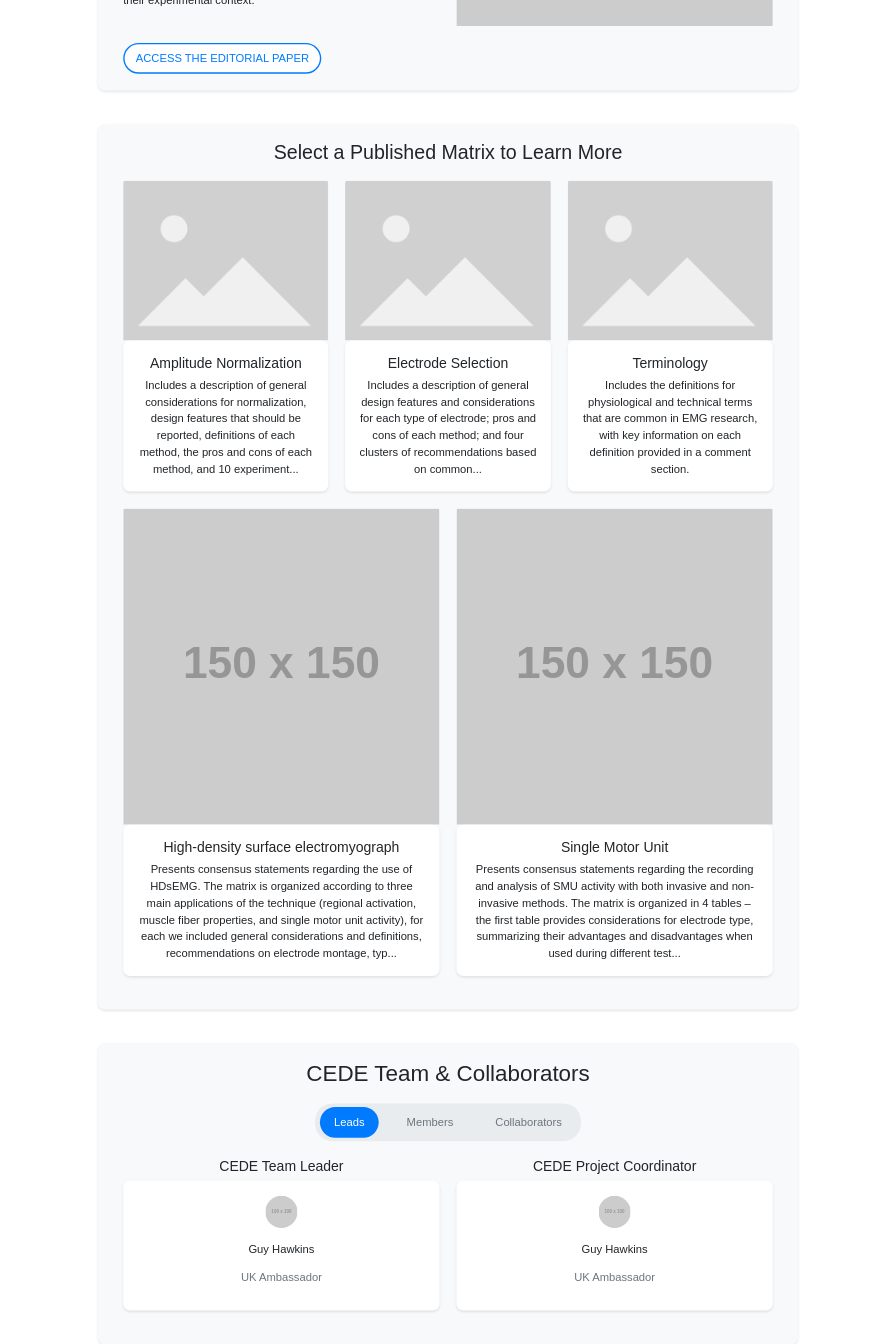
Repository: devashrisamani/CEDE-Website
Page: website/index.html
These files come from the project's save history. The page is drawn as it stood at one moment and after the next save; the edit follows.
The browser window is 1280 px wide. The pictures show the part of the page from y = 1136 to 3056 px (the page is 3056 px tall before and 2927 px after), at 70% of full size.

Above is the page before, as saved 2024-06-25 19:34:03.
Console error: TypeError: Cannot read properties of null (reading 'addEventListener')

After the next save:
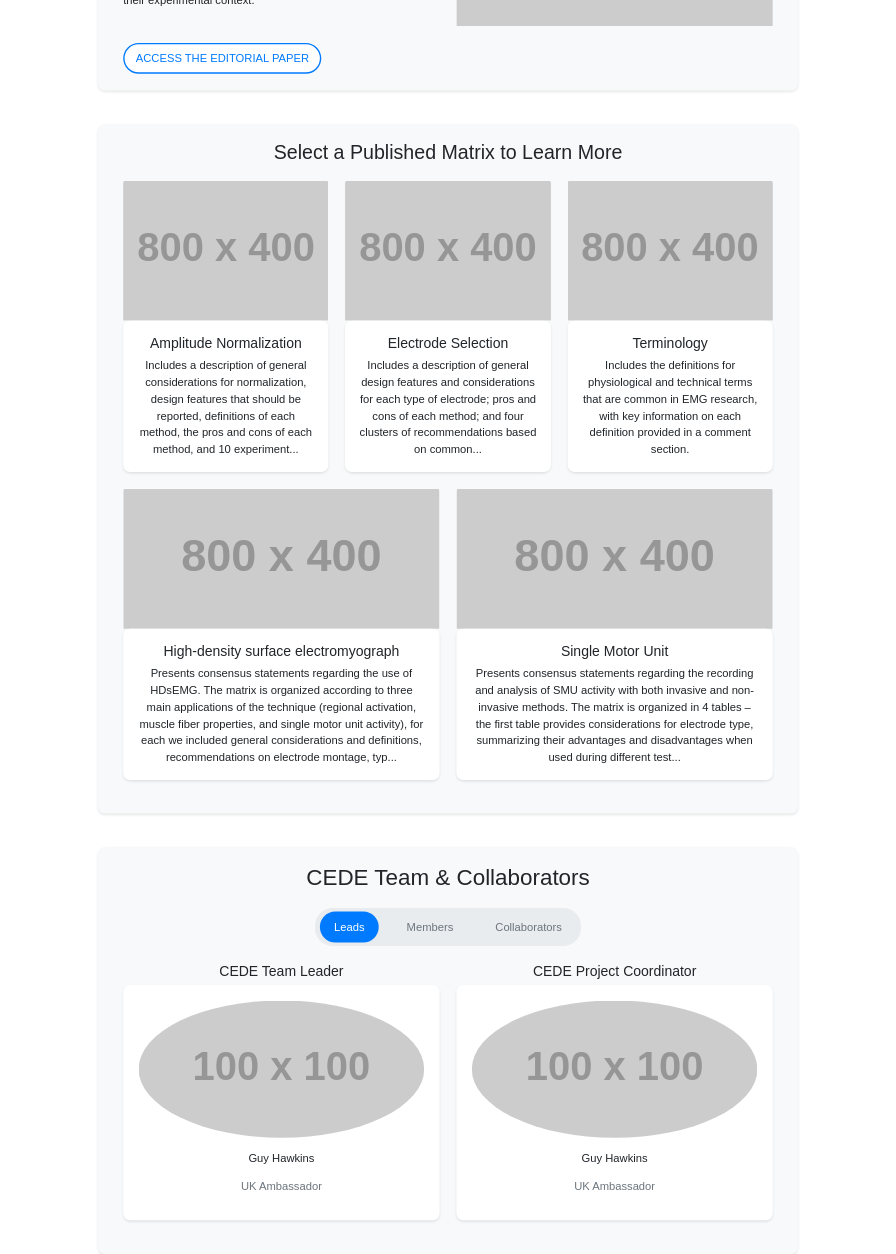
Saved 6 min 6 s later.
--- a/website/index.html
+++ b/website/index.html
@@ -162,6 +162,12 @@
       .card-link:hover .card {
         box-shadow: 0 4px 8px rgba(0, 0, 0, 0.1); /* Optional: Add hover effect */
         color: black;
+      }
+
+      .card img {
+        width: 100%;
+        height: 200px;
+        object-fit: cover;
       }
     </style>
   </head>
@@ -292,7 +298,7 @@
             <a href="amplitude.html" class="card-link">
               <div class="card">
                 <img
-                  src="/images/placeholder.svg.png"
+                  src="https://via.placeholder.com/800x400"
                   class="card-img-top"
                   alt="Amplitude Normalization"
                 />
@@ -313,7 +319,7 @@
           <div class="col-md-4 mb-4">
             <div class="card">
               <img
-                src="/images/placeholder.svg.png"
+                src="https://via.placeholder.com/800x400"
                 class="card-img-top"
                 alt="Electrode Selection"
               />
@@ -333,7 +339,7 @@
           <div class="col-md-4 mb-4">
             <div class="card">
               <img
-                src="/images/placeholder.svg.png"
+                src="https://via.placeholder.com/800x400"
                 class="card-img-top"
                 alt="Terminology"
               />
@@ -350,9 +356,9 @@
 
           <!-- HDsEMG -->
           <div class="col-md-6 mb-4">
-            <div class="card collaborator-card">
+            <div class="card">
               <img
-                src="https://via.placeholder.com/150"
+                src="https://via.placeholder.com/800x400"
                 class="card-img-top"
                 alt="HDsEMG"
               />
@@ -372,9 +378,9 @@
 
           <!-- SMU -->
           <div class="col-md-6 mb-4">
-            <div class="card collaborator-card">
+            <div class="card">
               <img
-                src="https://via.placeholder.com/150"
+                src="https://via.placeholder.com/800x400"
                 class="card-img-top"
                 alt="SMU"
               />
